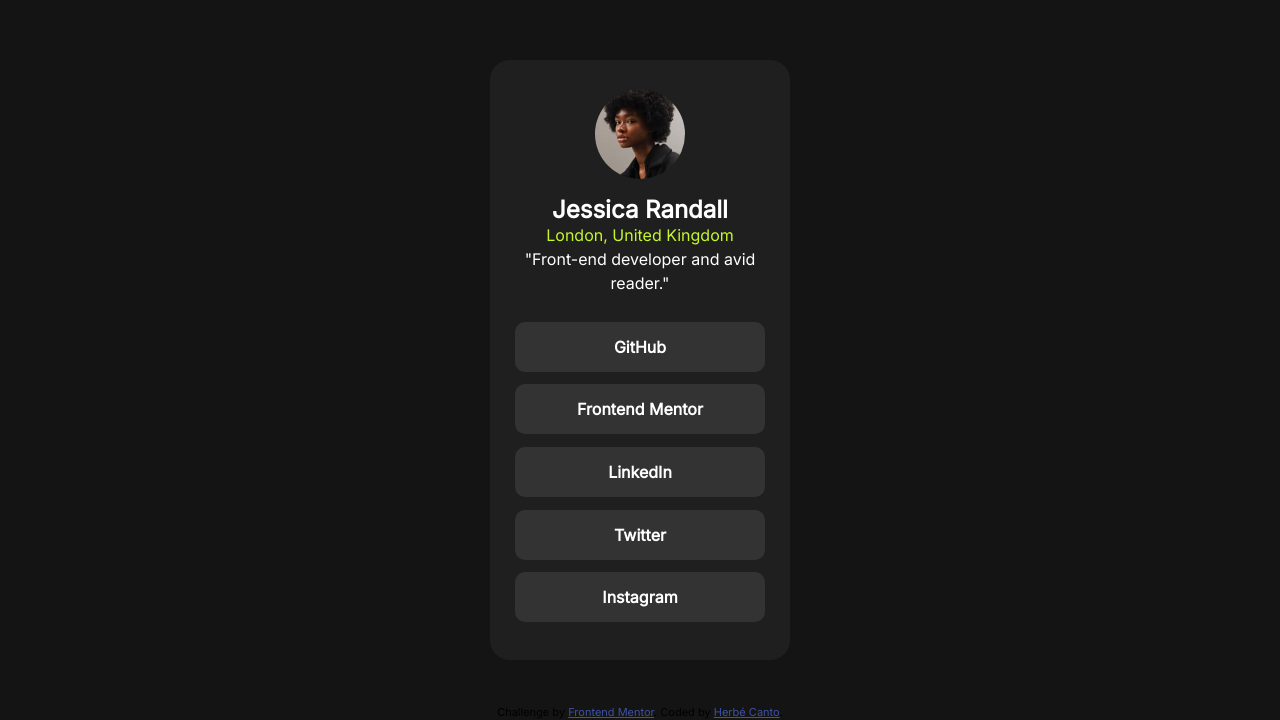
Repository: herbecanto/Social-Links-Profile
Page: index.html
An editor plug-in stored every save of this project. The page is shown before and after the next save, followed by the edit.
The browser window is 1280 px wide. The pictures show the whole page.

Above is the page before, as saved 2025-01-22 21:44:25.

### index.html
<!DOCTYPE html>
<html lang="en">
  <head>
    <meta charset="UTF-8" />
    <meta name="viewport" content="width=device-width, initial-scale=1.0" />
    <link
      rel="icon"
      type="image/png"
      sizes="32x32"
      href="./assets/images/favicon-32x32.png"
    />

    <title>Frontend Mentor | Social links profile</title>

    <link rel="stylesheet" href="assets/styles/style.css" />

    <link rel="preconnect" href="https://fonts.googleapis.com" />
    <link rel="preconnect" href="https://fonts.gstatic.com" crossorigin />
    <link
      href="https://fonts.googleapis.com/css2?family=Inter:ital,opsz,wght@400;600;700&display=swap"
      rel="stylesheet"
    />
    <style>
      .attribution {
        font-size: 11px;
        text-align: center;
      }
      .attribution a {
        color: hsl(228, 45%, 44%);
      }
    </style>
  </head>
  <body>
    <main>
      <section class="card-container">
        <div class="card-profile">
          <img src="/assets/images/avatar-jessica.jpeg" alt="Avatar pic" />

          <div class="card-profile-information">
            <h1>Jessica Randall</h1>
            <p>London, United Kingdom</p>
            <p>"Front-end developer and avid reader."</p>
          </div>
        </div>

        <div class="card-links">
          <ul>
            <li><a href="">GitHub</a></li>
            <li><a href="">Frontend Mentor</a></li>
            <li><a href="">LinkedIn</a></li>
            <li><a href="">Twitter</a></li>
            <li><a href="">Instagram</a></li>
          </ul>
        </div>
      </section>
    </main>

    <footer>
      <div class="attribution">
        Challenge by
        <a href="https://www.frontendmentor.io?ref=challenge" target="_blank"
          >Frontend Mentor</a
        >. Coded by <a href="#">Herbé Canto</a>.
      </div>
    </footer>
  </body>
</html>

### assets/styles/style.css
/* Box sizing rules */
*,
*::before,
*::after {
  box-sizing: border-box;
  margin: 0;
}

/* Prevent font size inflation */
html {
  -moz-text-size-adjust: none;
  -webkit-text-size-adjust: none;
  text-size-adjust: none;
}

/* Remove default margin in favour of better control in authored CSS */
body,
h1,
h2,
h3,
h4,
p,
figure,
blockquote,
dl,
dd {
  margin-block-end: 0;
}

/* Remove list styles on ul, ol elements with a list role, which suggests default styling will be removed */
ul[role="list"],
ol[role="list"] {
  list-style: none;
}

/* Set core body defaults */
body {
  min-height: 100vh;
  line-height: 1.5;
}

/* Set shorter line heights on headings and interactive elements */
h1,
h2,
h3,
h4,
button,
input,
label {
  line-height: 1.1;
}

/* Balance text wrapping on headings */
h1,
h2,
h3,
h4 {
  text-wrap: balance;
}

/* A elements that don't have a class get default styles */
a:not([class]) {
  text-decoration-skip-ink: auto;
  color: currentColor;
}

/* Make images easier to work with */
img,
picture {
  max-width: 100%;
  display: block;
}

/* Inherit fonts for inputs and buttons */
input,
button,
textarea,
select {
  font-family: inherit;
  font-size: inherit;
}

/* Make sure textarea without a rows attribute are not tiny */
textarea:not([rows]) {
  min-height: 10em;
}

/* Anything that has been anchored to should have extra scroll margin */
:target {
  scroll-margin-block: 5ex;
}

/* ^^^^CSS RESET^^^^ */
:root {
  --green: hsl(75, 94%, 57%);
  --white: hsl(0, 0%, 100%);
  --grey700: hsl(0, 0%, 20%);
  --grey800: hsl(0, 0%, 12%);
  --grey900: hsl(0, 0%, 8%);
}

html {
  font-family: "Inter", sans-serif;
}

body {
  background-color: var(--grey900);
}

main {
  width: 100%;
  height: 100vh;
  display: flex;
  justify-content: center;
  align-items: center;
}

.card-container {
  width: 300px;
  height: 600px;

  background-color: var(--grey800);
  border-radius: 20px;

  display: grid;
  grid-template-rows: 40% 60%;

  padding: 20px;
}

.card-profile {
  display: flex;
  flex-direction: column;
  align-items: center;
  justify-content: space-around;
}

.card-profile img {
  width: 90px;
  border-radius: 50%;
}

.card-profile-information {
  display: flex;
  flex-direction: column;
  align-items: center;
  text-align: center;
}
.card-profile-information h1 {
  color: var(--white);
  font-style: normal;
}
.card-profile-information p:nth-child(2) {
  color: var(--green);
}
.card-profile-information p:last-child {
  color: var(--white);

}

.card-links {
  display: flex;
}

.card-links ul {
  display: flex;
  flex-direction: column;
  align-items: center;
  justify-content: space-evenly;
  padding: 5px;
  width: 100%;
}
.card-links ul li {
  list-style: none;
  width: 100%;
  height: 50px;
  background-color: var(--grey700);
  border-radius: 10px;
  display: flex;
  justify-content: center;
  align-items: center;
}
.card-links ul li a {
  text-decoration: none;
  color: var(--white);
  font-weight: 600;
}

footer .attribution {
  position: absolute;
  bottom: 0;
  width: 100%;
  justify-content: center;
}

After the next save:
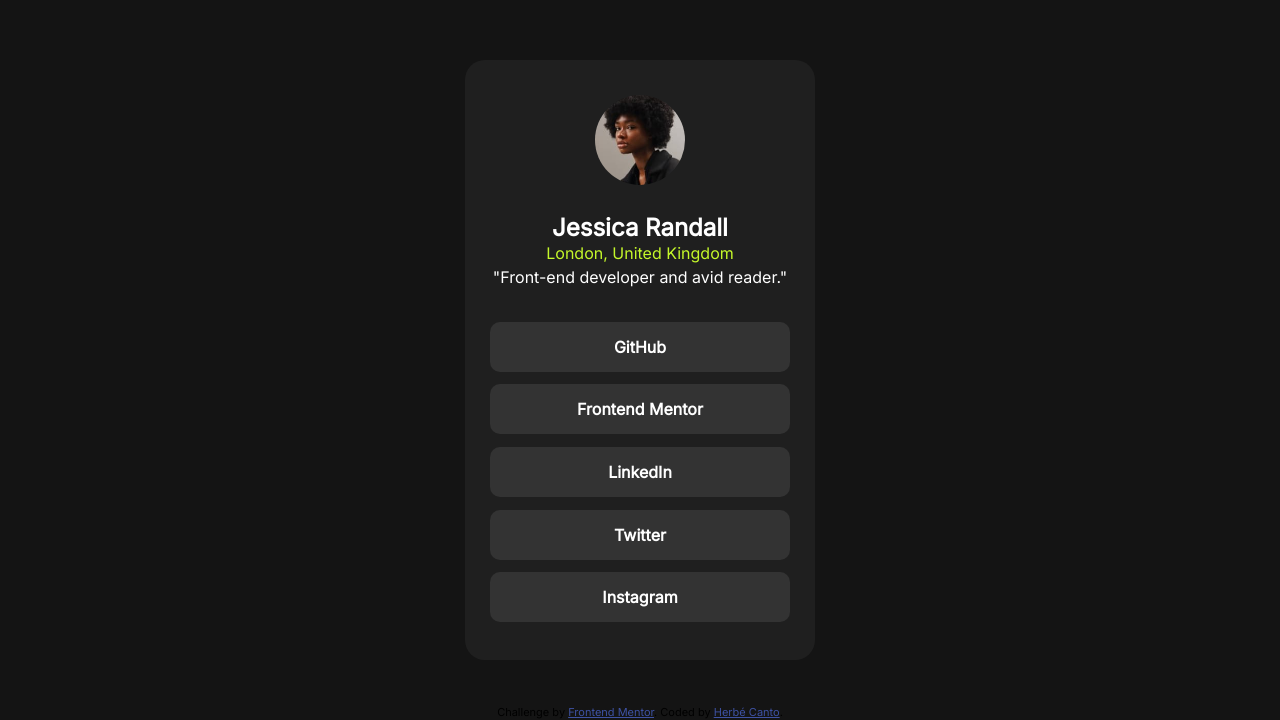
Saved 28 s later.
--- a/assets/styles/style.css
+++ b/assets/styles/style.css
@@ -116,7 +116,7 @@ main {
 }
 
 .card-container {
-  width: 300px;
+  width: 350px;
   height: 600px;
 
   background-color: var(--grey800);
